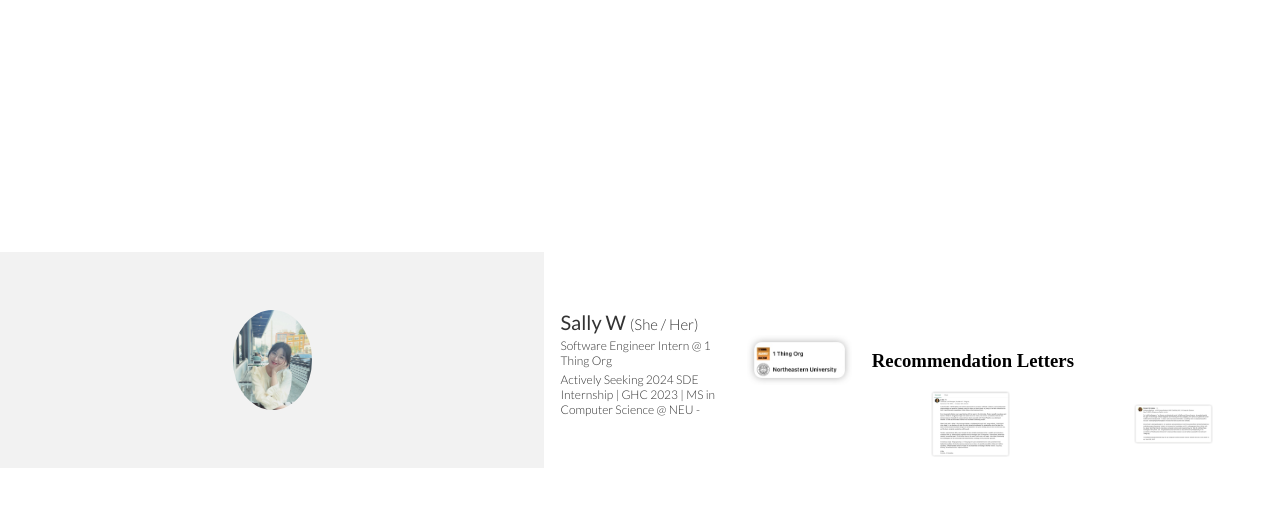
Repository: tianjiewang2022/digital-namecard
Page: recommendation_page.html
The author's editor kept a copy of each file at every save. The page is drawn from the files as they stood at one save, then again after a run of saves.
The browser window is 1280 px wide. The pictures show the whole page.
Some web fonts or font styles are not loaded; a fallback is used.

Above is the page before, as saved 2023-10-16 01:14:26.

After the next 2 saves:
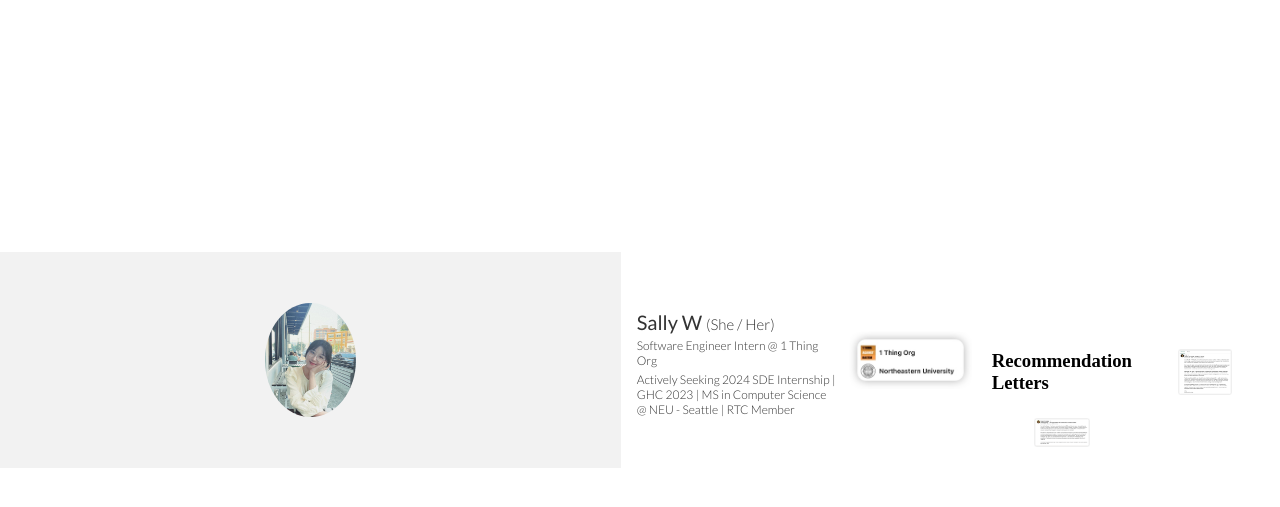
The 2 saves are shown as one change because they came seconds apart.
The last was saved 8 min 44 s later.
--- a/recommendation_page.html
+++ b/recommendation_page.html
@@ -37,12 +37,11 @@
             </div>
         </section>
         <section class="bg-color-white secondary-info">
-            <div class="container">
+            <div class="image-container">
                 <h3>Recommendation Letters</h3>
-                <div class="image-container">
-                    <img src="Recommendation_Manager.jpg" alt="Recommendation from Manager">
-                    <img src="Recommendation_Mentor.jpg" alt="Recommendation from Mentor">
-                </div>
+                <img src="Recommendation_Manager.jpg" alt="Recommendation from Manager">
+                <img src="Recommendation_Mentor.jpg" alt="Recommendation from Mentor">
+            </div>
             </div>
         </section>
 
